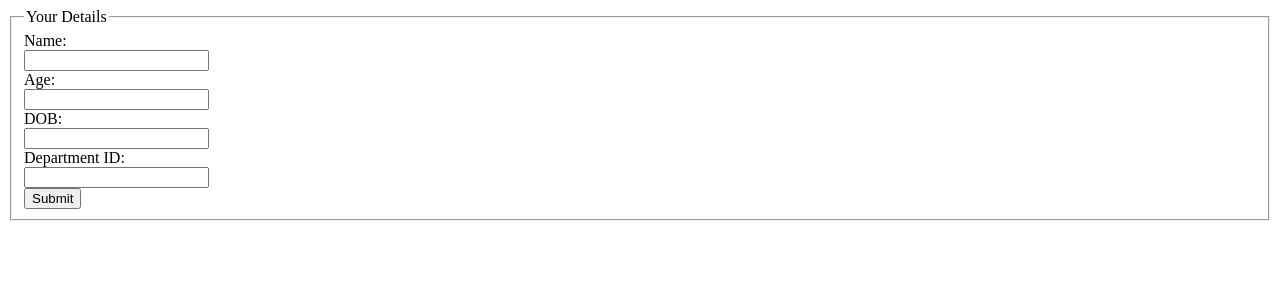
Repository: RanaRanvijaySingh/backup_projects
Page: http://localhost/ServletANDHibernate/ShowEmployee.jsp
These files come from the project's save history. The page is drawn as it stood at one moment and after the next save; the edit follows.
The browser window is 1280 px wide. The pictures show the whole page.
The page is served by Tomcat 9.

Above is the page before, as saved 2013-07-11 14:25:41.

After the next save:
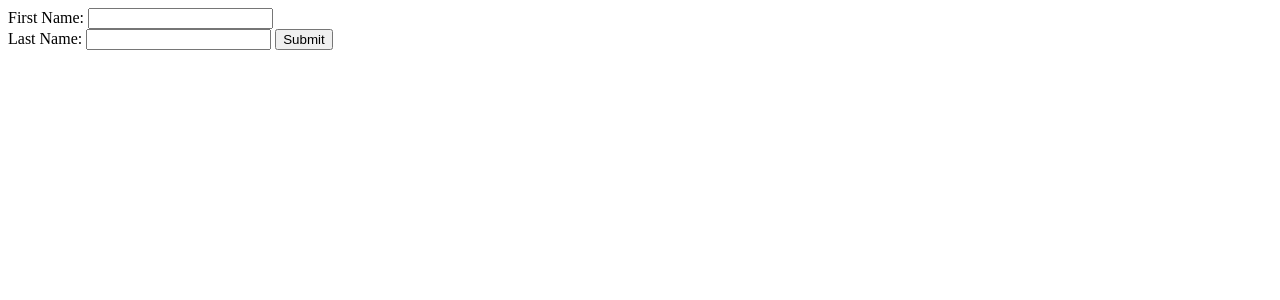
Saved 3 min 29 s later.
--- a/workspace-sts/ServletANDHibernate/WebContent/ShowEmployee.jsp
+++ b/workspace-sts/ServletANDHibernate/WebContent/ShowEmployee.jsp
@@ -7,34 +7,19 @@
 <title>Insert title here</title>
 </head>
 
-<form action="form2.html" method="get">
-<fieldset>
-<legend>Your Details</legend>
-<div>
-<label for="Name">Name:</label><br>
-<input type="text" name="name" value="" maxlength="100" /><br>
-</div>
 
-<div>
-<label for="Age">Age:</label><br>
-<input type="text" name="age" value="" /><br>
-</div>
+<body>
+<form action="main.jsp" method="GET">
 
-<div>
-<label for="Dob">DOB:</label><br>
-<input type="text" name="dob" value="" /><br>
-</div>
+	First Name: <input type="text" name="first_name">
 
-<div>
-<label for="Dept_id">Department ID:</label><br>
-<input type="text" name="dept_id" value="" /><br>
-</div>
+<br />
 
+	Last Name: <input type="text" name="last_name" />
 
-<div>
-<input type="submit" value="Submit" />
-</div>
-</fieldset>
+	<input type="submit" value="Submit" />
 </form>
 
+</body>
+
 </html>

After the save that followed:
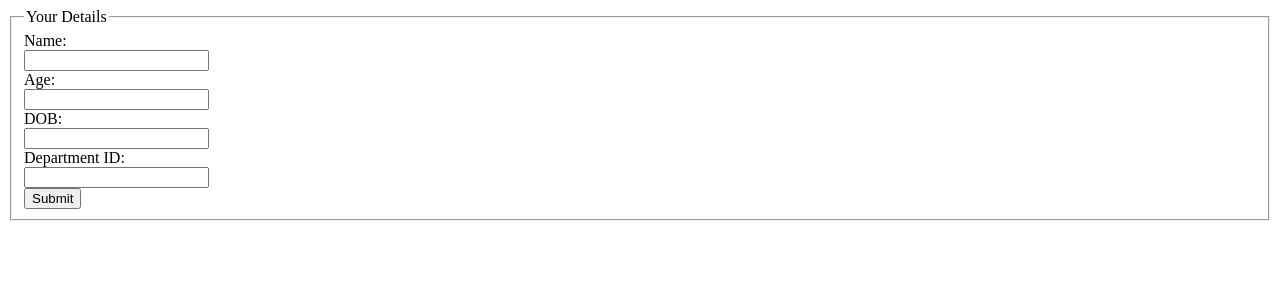
Saved 9 min 6 s later.
--- a/workspace-sts/ServletANDHibernate/WebContent/ShowEmployee.jsp
+++ b/workspace-sts/ServletANDHibernate/WebContent/ShowEmployee.jsp
@@ -7,19 +7,33 @@
 <title>Insert title here</title>
 </head>
 
+<form action="form2.html" method="get">
+<fieldset>
+<legend>Your Details</legend>
+<div>
+<label for="Name">Name:</label><br>
+<input type="text" name="name" value="" maxlength="100" /><br>
+</div>
 
-<body>
-<form action="main.jsp" method="GET">
+<div>
+<label for="Age">Age:</label><br>
+<input type="text" name="age" value="" /><br>
+</div>
 
-	First Name: <input type="text" name="first_name">
+<div>
+<label for="Dob">DOB:</label><br>
+<input type="text" name="dob" value="" /><br>
+</div>
 
-<br />
+<div>
+<label for="Dept_id">Department ID:</label><br>
+<input type="text" name="dept_id" value="" /><br>
+</div>
 
-	Last Name: <input type="text" name="last_name" />
 
-	<input type="submit" value="Submit" />
+<div>
+<input type="submit" value="Submit" />
+</div>
+</fieldset>
 </form>
-
-</body>
-
 </html>
